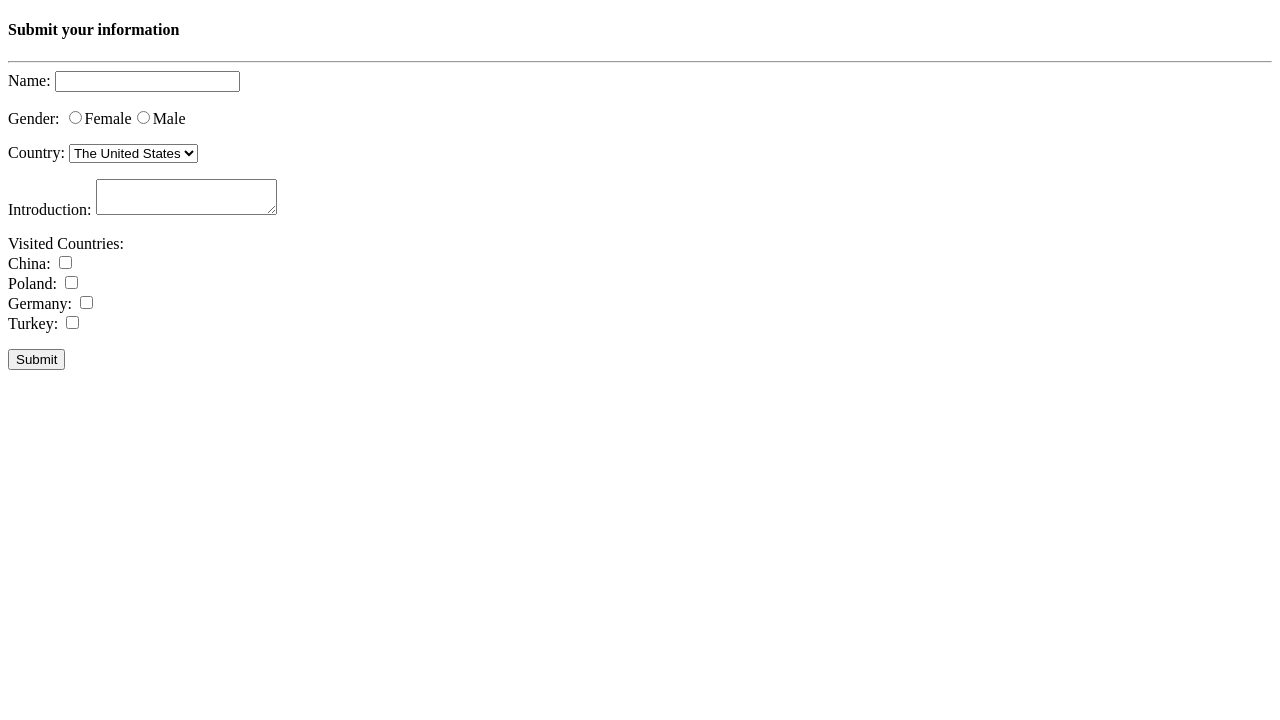
Repository: OtabekScarcro/spring-5
Page: http://localhost/S09L02-AddExternalResources/
These files come from the project's save history. The page is drawn as it stood at one moment and after the next save; the edit follows.
The browser window is 1280 px wide. The pictures show the whole page.
Some web fonts or font styles are not loaded; a fallback is used. The page is served by Tomcat 9. Other server files are loaded and not shown. The template is opened directly, without the code that normally fills it, so the values that code supplies are empty.

Above is the page before, as saved 2023-04-25 09:09:01.
Not found: S09L02-AddExternalResources/files/css/style.css

### S09L02-AddExternalResources/src/main/webapp/view/userFormView.jsp
<%@ page language="java" contentType="text/html; charset=ISO-8859-1"
    pageEncoding="ISO-8859-1"%>
    <%@ taglib prefix="form" uri="http://www.springframework.org/tags/form" %>
    <%@ taglib prefix = "c" uri = "http://java.sun.com/jsp/jstl/core" %>
<!DOCTYPE html>
<html>
<head>
	<meta charset="ISO-8859-1">
	<title>User Form</title>
	<link type="text/css" rel="stylesheet" href="/files/css/style.css">
</head>
<body>
<h4>Submit your information</h4>
<hr>
<form:form action="displayUserInfo" modelAttribute="user">
	Name: <form:input path="name"/>
	<p/>
	Gender: <form:radiobuttons path="gender" items="${genderMap}"/>
	<p/>
	Country: <form:select path="country" items="${countryMap}"/>
	<p/>
	Introduction: <form:textarea path="introduction"/>
	<p/>
	Visited Countries: <br/>
			China: <form:checkbox path="visitedCountries" value="China"/><br/>
			Poland: <form:checkbox path="visitedCountries" value="Poland"/><br/>
			Germany: <form:checkbox path="visitedCountries" value="Germany"/><br/>
			Turkey: <form:checkbox path="visitedCountries" value="Turkey"/>
	<p/>
	<input type="submit" value="Submit">

</form:form>
</body>
</html>

### S09L02-AddExternalResources/src/main/webapp/WEB-INF/template/css/style.css
@charset "ISO-8859-1";
@import "compass/css3";

@import url(https://fonts.googleapis.com/css?family=Merriweather);
$red: #e74c3c;

*,
*:before,
*:after {
   @include box-sizing(border-box);
}

html, body {
  background: #f1f1f1;
  font-family: 'Merriweather', sans-serif;
  padding: 1em;
}

h1 {
   text-align: center;
   color: #a8a8a8;
   @include text-shadow(1px 1px 0 rgba(white, 1));
}

form {
   max-width: 600px;
   text-align: center;
   margin: 20px auto;

  input, textarea {
     border:0; outline:0;
     padding: 1em;
     @include border-radius(8px);
     display: block;
     width: 100%;
     margin-top: 1em;
     font-family: 'Merriweather', sans-serif;
     @include box-shadow(0 1px 1px rgba(black, 0.1));
     resize: none;

    &:focus {
       @include box-shadow(0 0px 2px rgba($red, 1)!important);
    }
  }

  #input-submit {
     color: white;
     background: $red;
     cursor: pointer;

    &:hover {
       @include box-shadow(0 1px 1px 1px rgba(#aaa, 0.6));
    }
  }

  textarea {
      height: 126px;
  }
}


.half {
  float: left;
  width: 48%;
  margin-bottom: 1em;
}

.right { width: 50%; }

.left {
     margin-right: 2%;
}


@media (max-width: 480px) {
  .half {
     width: 100%;
     float: none;
     margin-bottom: 0;
  }
}


/* Clearfix */
.cf:before,
.cf:after {
    content: " "; /* 1 */
    display: table; /* 2 */
}

.cf:after {
    clear: both;
}

After the next save:
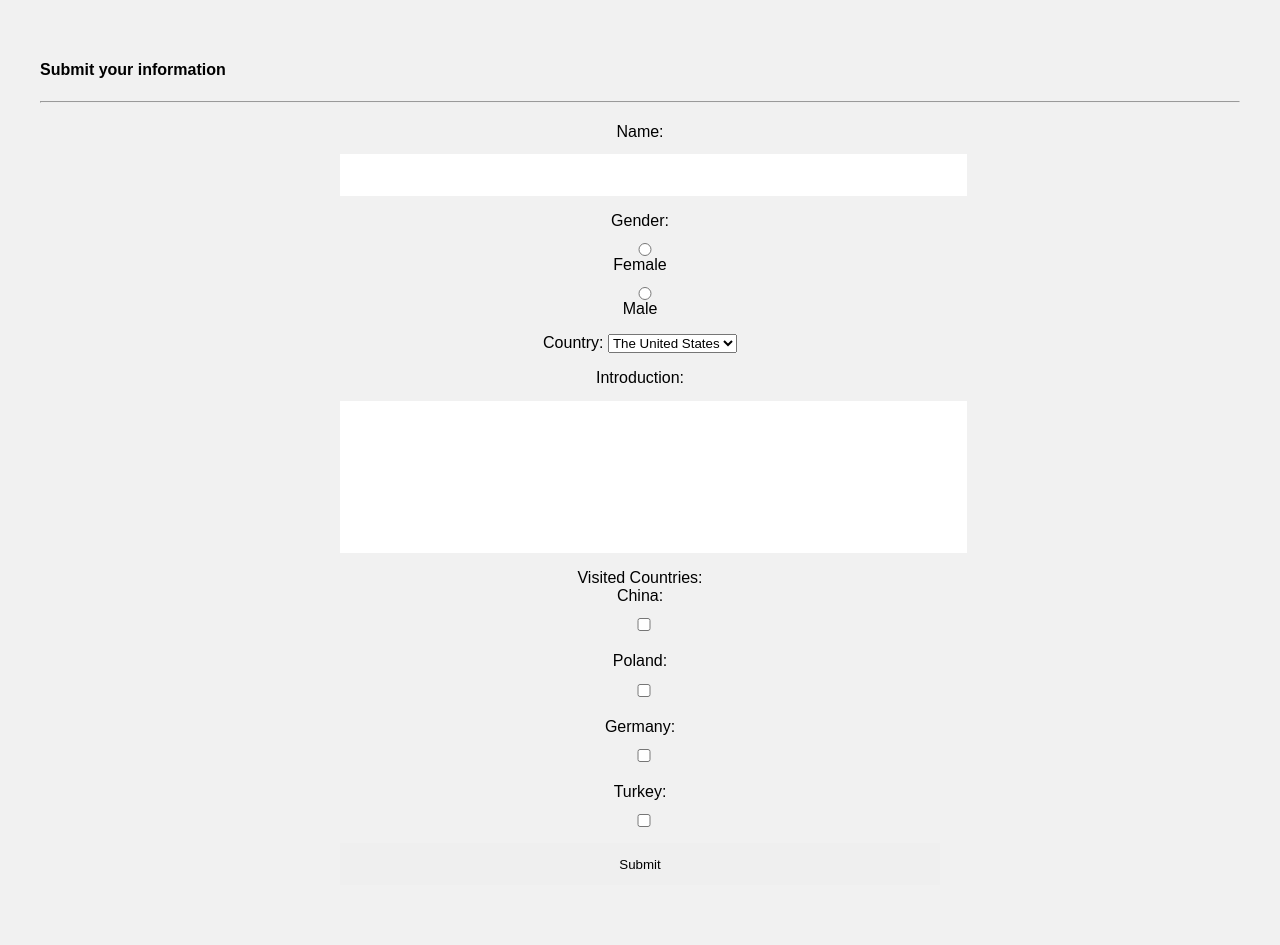
Not found: S09L02-AddExternalResources/S09L02-AddExternalResources/files/css/compass/css3
Saved 2 min 52 s later.
--- a/S09L02-AddExternalResources/src/main/webapp/view/userFormView.jsp
+++ b/S09L02-AddExternalResources/src/main/webapp/view/userFormView.jsp
@@ -7,7 +7,7 @@
 <head>
 	<meta charset="ISO-8859-1">
 	<title>User Form</title>
-	<link type="text/css" rel="stylesheet" href="/files/css/style.css">
+	<link type="text/css" rel="stylesheet" href="${pageContext.request.contextPath}/files/css/style.css">
 </head>
 <body>
 <h4>Submit your information</h4>
